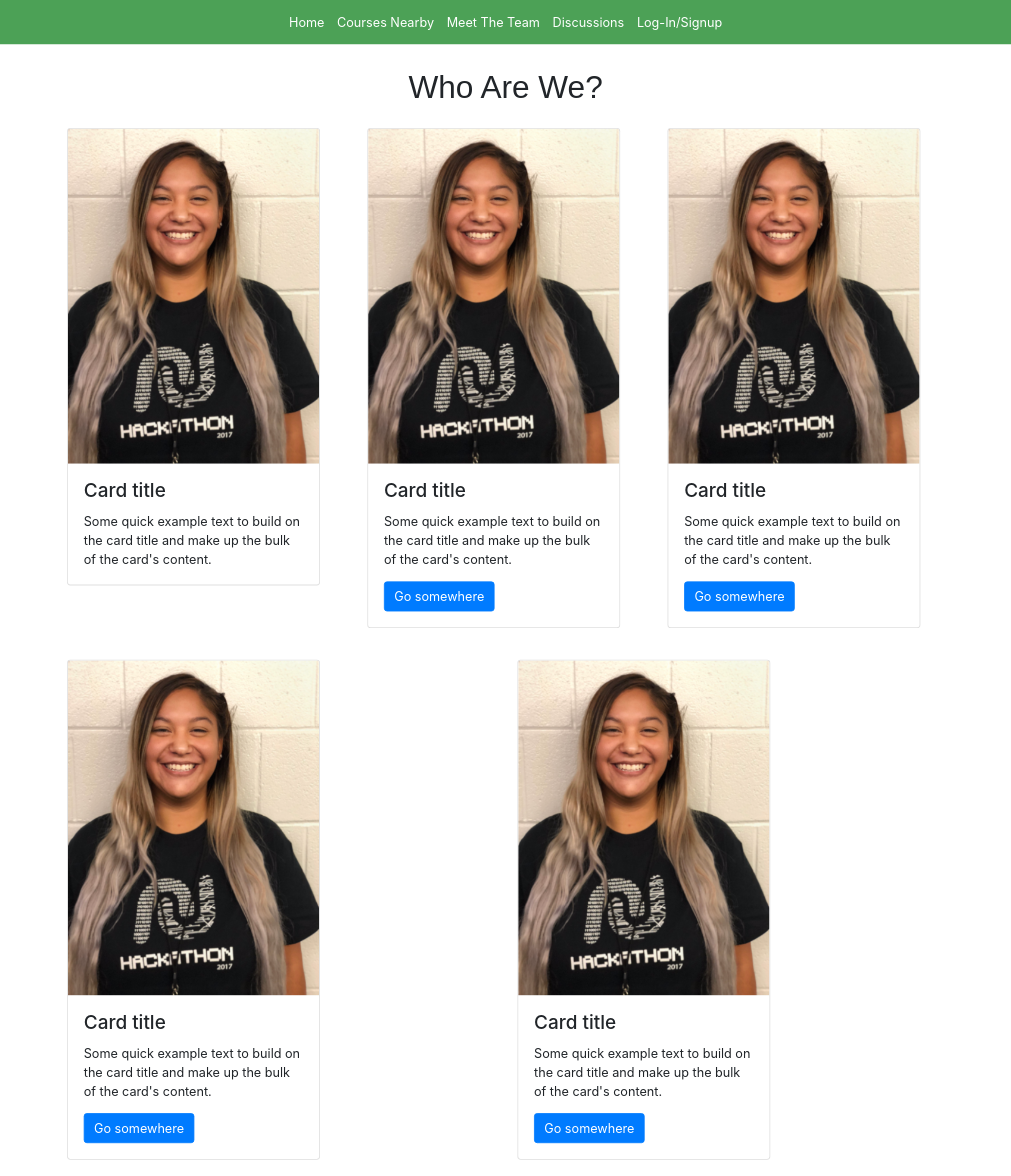
Repository: SamanthaBurnett/Hackathon2017
Page: meet_the_team.html
The author's editor kept a record of every edit. The page is drawn from the files as they stood at one moment, then again after the next edit.
The browser window is 1280 px wide. The pictures show the whole page, at 79% of full size.
Some web fonts or font styles are not loaded; a fallback is used.

Above is the page before.

After the next edit:
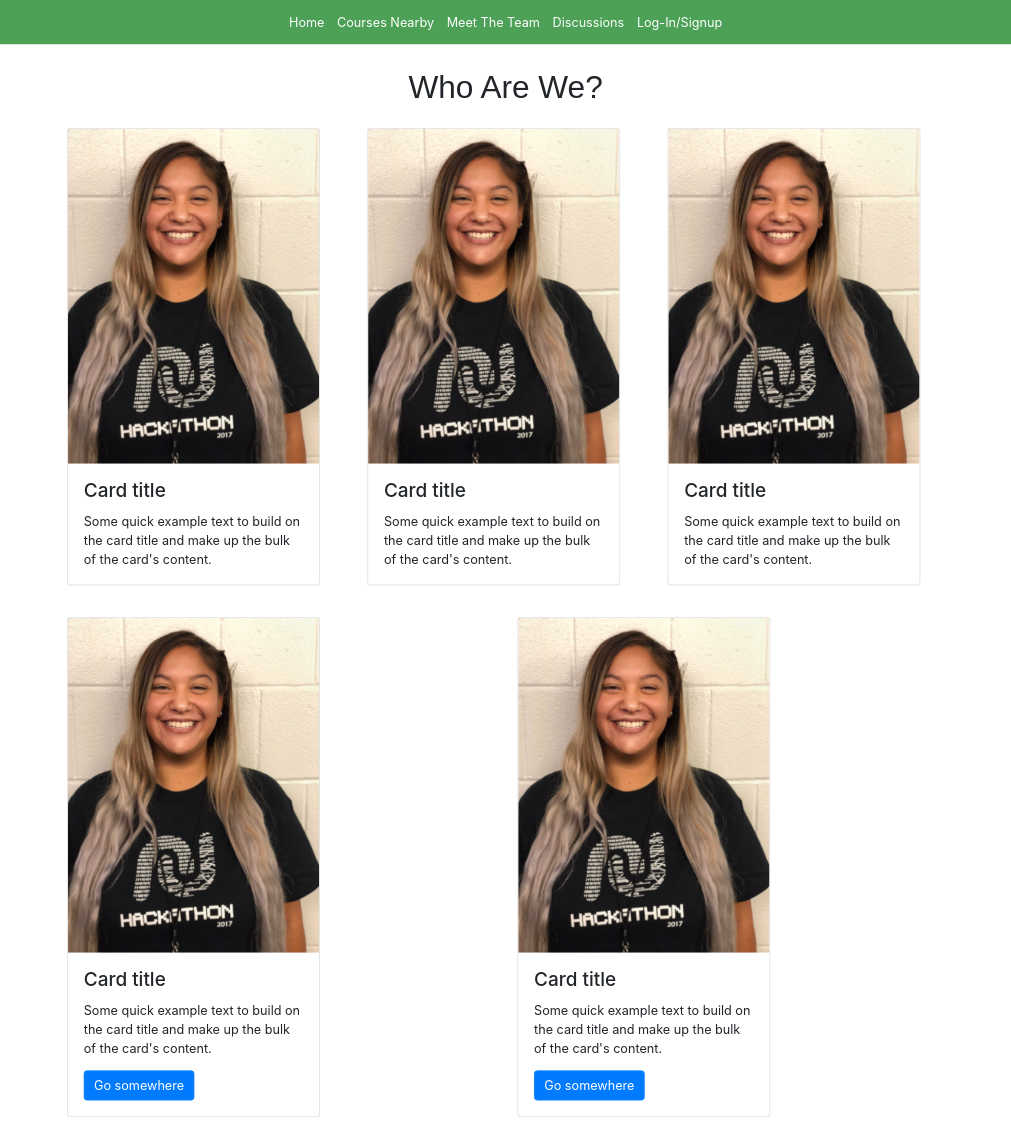
The edit:
--- a/meet_the_team.html
+++ b/meet_the_team.html
@@ -54,7 +54,6 @@
             <div class="card-body">
               <h4 class="card-title">Card title</h4>
               <p class="card-text">Some quick example text to build on the card title and make up the bulk of the card's content.</p>
-              <a href="#" class="btn btn-primary">Go somewhere</a>
             </div><!--end card-body-->
           </div><!--end card-->
          </div><!--end col-->
@@ -64,7 +63,6 @@
             <div class="card-body">
               <h4 class="card-title">Card title</h4>
               <p class="card-text">Some quick example text to build on the card title and make up the bulk of the card's content.</p>
-              <a href="#" class="btn btn-primary">Go somewhere</a>
             </div><!--end card-body-->
           </div><!--end card-->
          </div><!--end col-->
